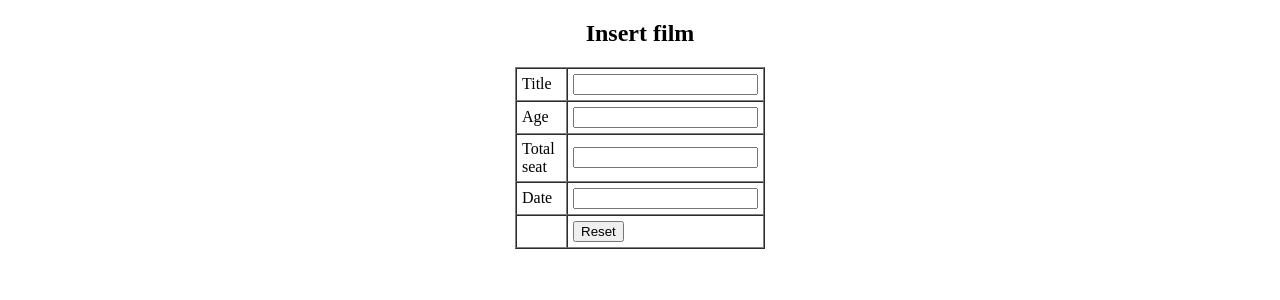
Repository: lmcoa15/Movie
Page: http://localhost/movie/admin/admin_Insert_film.jsp
The author's editor kept a copy of each file at every save. The page is drawn from the files as they stood at one save, then again after the next save.
The browser window is 1280 px wide. The pictures show the whole page.
The page is served by Tomcat 9. Other server files are loaded and not shown.

Above is the page before, as saved 2015-12-06 10:19:54.

### workspace/movie/WebContent/admin/admin_Insert_film.jsp
<%@ page language="java" contentType="text/html; charset=UTF-8"
    pageEncoding="UTF-8"%>
<!DOCTYPE html PUBLIC "-//W3C//DTD HTML 4.01 Transitional//EN" "http://www.w3.org/TR/html4/loose.dtd">
<html>
<head>
<meta http-equiv="Content-Type" content="text/html; charset=UTF-8">
<title>Insert title here</title>
</head>
<body>
<h2 align="center">Insert film</h2>
<form name=form1 method=post action=film_control.jsp>
<table width="250" border="1"align="center" cellspacing="0"
												cellpadding="5">
	<tr>
		<td>Title</td>
		<td><input type="text" name="name_film" size=20></td>
	</tr>
	<tr>
		<td>Age</td>
		<td><input type="text" name="age_phase" size=20></td>
	</tr>
	<tr>
		<td>Total seat</td>
		<td><input type="text" name="seat_num" size=20></td>
	</tr>
	<tr>
		<td>Date</td>
		<td><input type="text" name="watch_date" size=20></td>
	</tr>

	<tr>
		<td></td>
		<td><input type=hidden name="action" value="insert" size=2>
			<input type="reset" name="reset_button" value="Reset" size=2>
		</td>
	</tr>
</table>
</form>
</body>
</html>

After the next save:
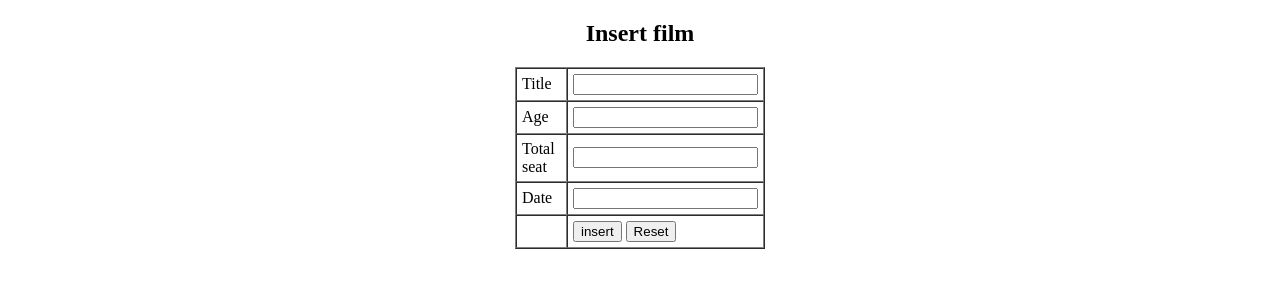
Saved 12 s later.
--- a/workspace/movie/WebContent/admin/admin_Insert_film.jsp
+++ b/workspace/movie/WebContent/admin/admin_Insert_film.jsp
@@ -30,7 +30,7 @@
 
 	<tr>
 		<td></td>
-		<td><input type=hidden name="action" value="insert" size=2>
+		<td><input type="Submit" name="action" value="insert" size=2>
 			<input type="reset" name="reset_button" value="Reset" size=2>
 		</td>
 	</tr>
